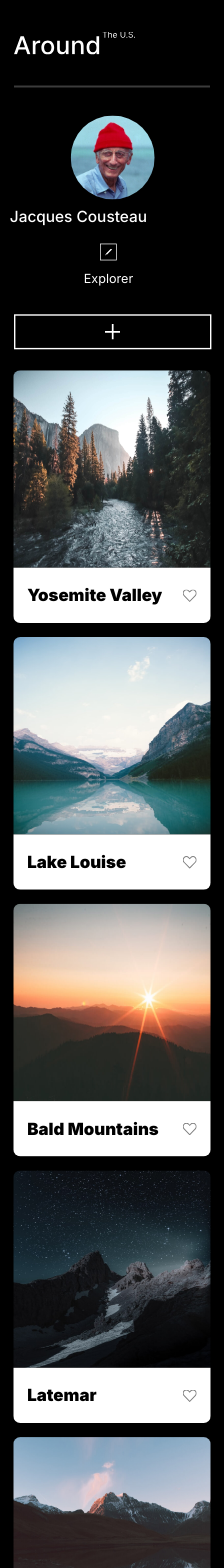
Repository: luisbaezx/se_project_aroundtheus
Page: index.html
The author's editor kept a copy of each file at every save. The page is drawn from the files as they stood at one save, then again after the next save.
The browser window is 320 px wide. The pictures show the part of the page from y = 0 to 2240 px (the page is 2916 px tall), at 70% of full size.

Above is the page before, as saved 2024-05-28 21:31:32.

After the next save:
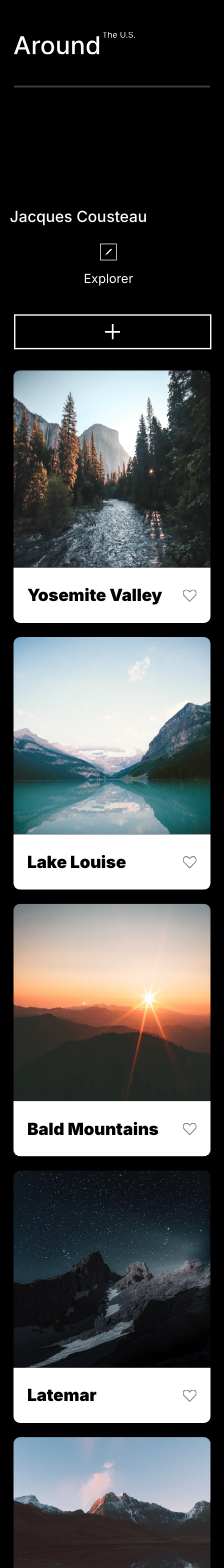
Saved 64 s later.
--- a/blocks/page.css
+++ b/blocks/page.css
@@ -270,5 +270,6 @@
 
   .profile__image {
     margin: 0;
-  }
-}
+    width: 0;
+  }
+}

After the save that followed:
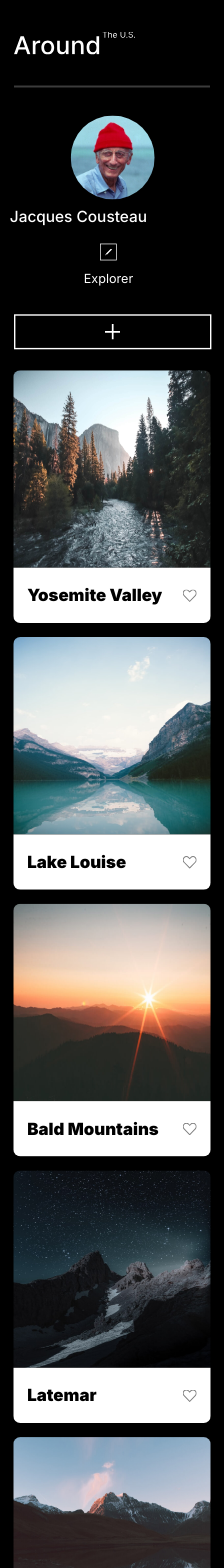
Saved 32 s later.
--- a/blocks/page.css
+++ b/blocks/page.css
@@ -270,6 +270,6 @@
 
   .profile__image {
     margin: 0;
-    width: 0;
-  }
-}
+    min-width: none;
+  }
+}
